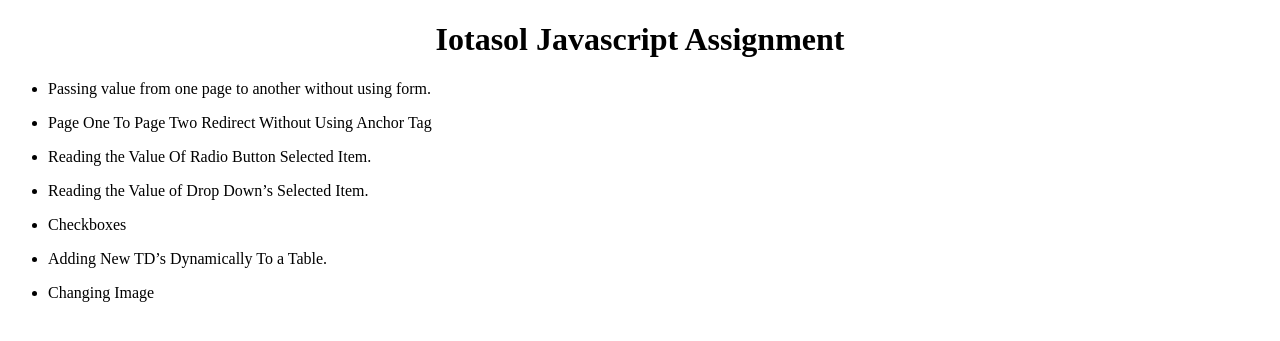
Repository: ishanbassi/iotasol-assignments
Page: /
An editor plug-in stored every save of this project. The page is shown before and after the next save, followed by the edit.
The browser window is 1280 px wide. The pictures show the whole page.
The project was rebuilt for these pictures with package versions that can differ from the ones it lists, and the page was loaded fresh each time. The framework's server and built-in components were replaced by stand-ins that run in the browser.

Above is the page before, as saved 2022-11-07 14:05:31.

### pages/index.tsx
import styles from '../styles/home.module.css'
export default function Home() {
  return(
    <>
      <header className={styles.header}>
        <h1>Iotasol Javascript Assignment</h1>
      </header>

      <ul className={styles.taskList}>
        <li>
          <a>Passing value from one page to another without using form.</a>
        </li>
        <li>
          <a>Page One To Page Two Redirect Without Using Anchor Tag</a>
        </li>
        <li>
          <a>Reading the Value Of Radio Button Selected Item.</a>
        </li>
        <li>
          <a>Reading the Value of Drop Down’s Selected Item.</a>
        </li>
        <li>
          <a>Checkboxes</a>
        </li>
        <li>
          <a>Adding New TD’s Dynamically To a Table.</a>
        </li>
        <li>
          <a>Changing Image</a>
        </li>
      </ul>
    </>

  )
}

### styles/Home.module.css
.header{
    text-align: center;
}
.taskList>li{
    padding-bottom:1em;
}

After the next save:
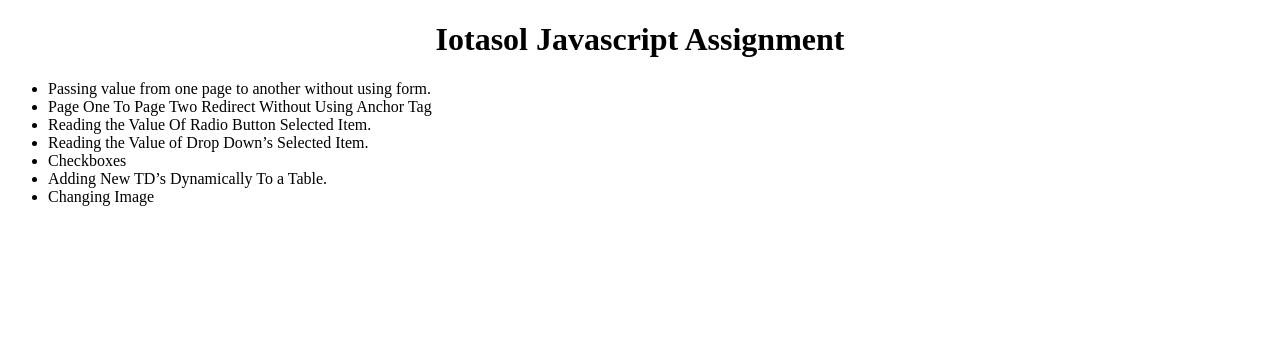
Saved 73 s later.
--- a/styles/Home.module.css
+++ b/styles/Home.module.css
@@ -1,6 +1,6 @@
 .header{
     text-align: center;
 }
-.taskList>li{
+.taskList{
     padding-bottom:1em;
 }

After the save that followed:
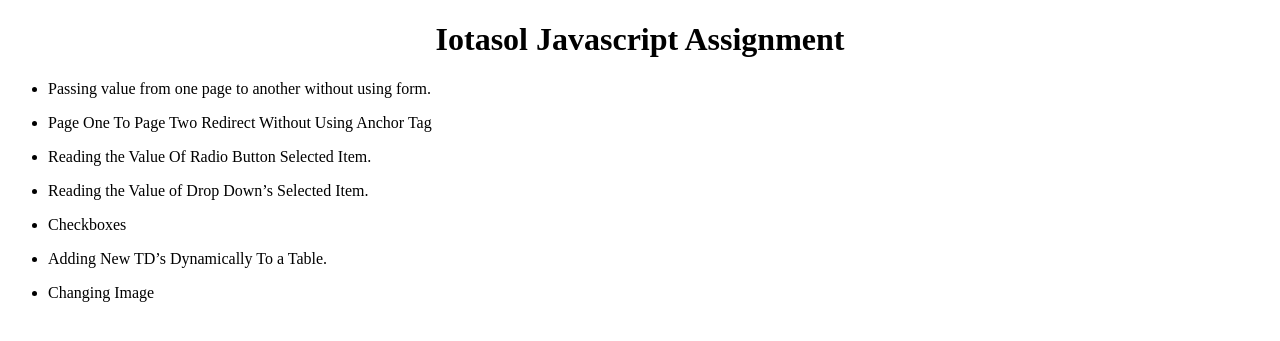
Saved 77 s later.
--- a/styles/Home.module.css
+++ b/styles/Home.module.css
@@ -1,6 +1,6 @@
 .header{
     text-align: center;
 }
-.taskList{
+.taskList>li{
     padding-bottom:1em;
 }
